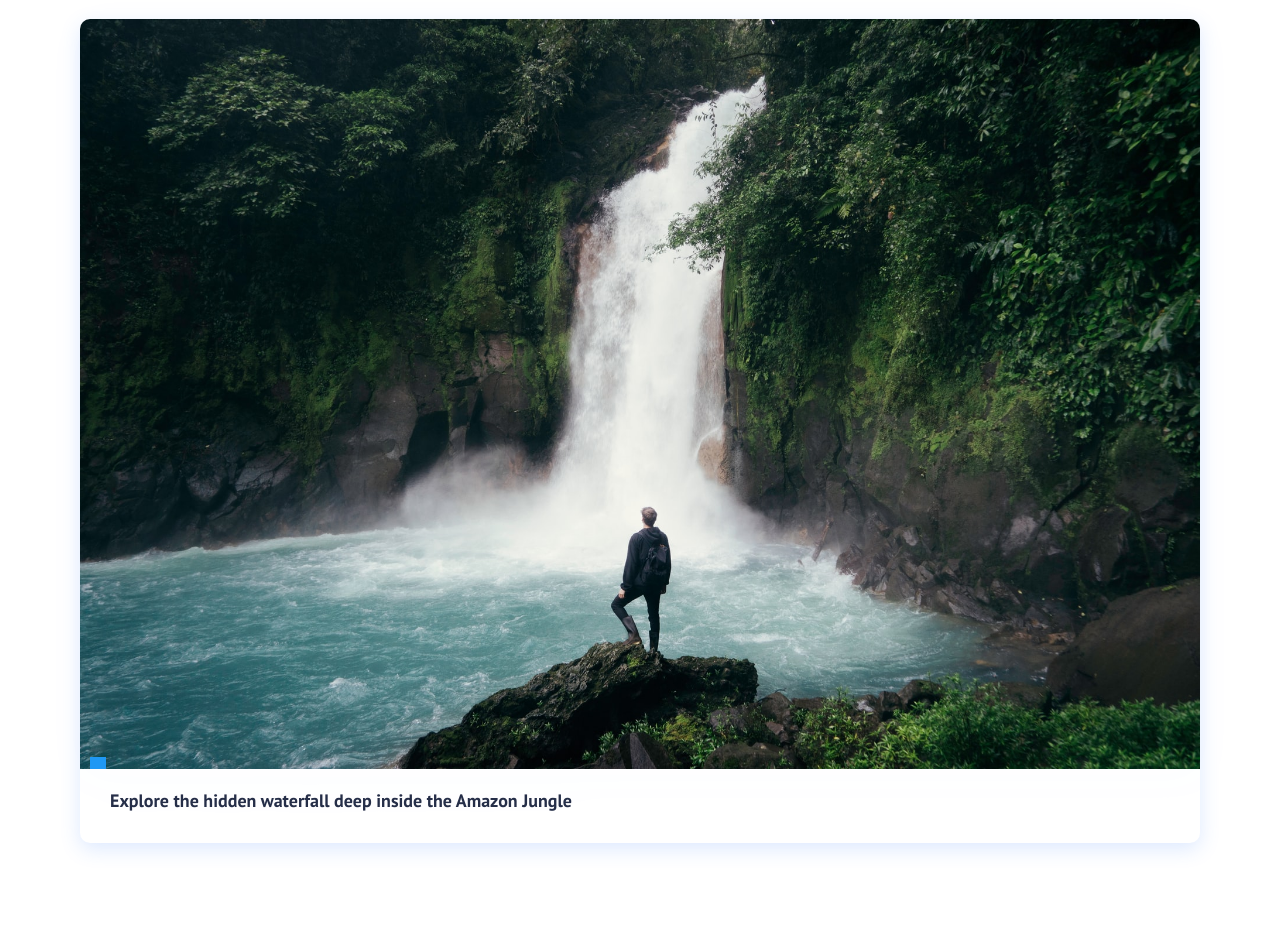
Repository: Yekta-Behzadi/site-with-react
Page: /
An editor plug-in stored every save of this project. The page is shown before and after the next save, followed by the edit.
The browser window is 1280 px wide. The pictures show the part of the page from y = 565 to 1517 px (the page is 1517 px tall).
Pictures or frames that could not be fetched are drawn as grey boxes. Some web libraries are served in a nearby version. The project was rebuilt for these pictures with package versions that can differ from the ones it lists, and the page was loaded fresh each time.

Above is the page before, as saved 2020-12-28 14:36:04.

### public/index.html
<!DOCTYPE html>
<html lang="en">
  <head>
    <meta charset="utf-8" />
    <link rel="icon" href="%PUBLIC_URL%/favicon.ico" />
    <meta name="viewport" content="width=device-width, initial-scale=1" />
    <meta name="theme-color" content="#000000" />
    <meta
      name="description"
      content="Web site created using create-react-app"
    />
    <link rel="apple-touch-icon" href="%PUBLIC_URL%/logo192.png" />
    <!--
      manifest.json provides metadata used when your web app is installed on a
      user's mobile device or desktop. See https://developers.google.com/web/fundamentals/web-app-manifest/
    -->
    <link rel="manifest" href="%PUBLIC_URL%/manifest.json" />
    <!--
      Notice the use of %PUBLIC_URL% in the tags above.
      It will be replaced with the URL of the `public` folder during the build.
      Only files inside the `public` folder can be referenced from the HTML.

      Unlike "/favicon.ico" or "favicon.ico", "%PUBLIC_URL%/favicon.ico" will
      work correctly both with client-side routing and a non-root public URL.
      Learn how to configure a non-root public URL by running `npm run build`.
    -->
    <script src="https://kit.fontawesome.com/5deef7d942.js" crossorigin="anonymous"></script>
    <link
    href="https://fonts.googleapis.com/css2?family=PT+Sans:wght@700&display=swap"
    rel="stylesheet"
  />
    <title>React App</title>
  </head>
  <body>
    <noscript>You need to enable JavaScript to run this app.</noscript>
    <div id="root"></div>
    <!--
      This HTML file is a template.
      If you open it directly in the browser, you will see an empty page.

      You can add webfonts, meta tags, or analytics to this file.
      The build step will place the bundled scripts into the <body> tag.

      To begin the development, run `npm start` or `yarn start`.
      To create a production bundle, use `npm run build` or `yarn build`.
    -->
  </body>
</html>

### src/App.js
import React from 'react'
import './App.css';
import Navbar from './components/navbar/Navbar';
import {BrowserRouter as Router, Switch, Route,Redirect} from 'react-router-dom'
import Home from './pages/Home'


function App() {
  return (
    <>
    <Router>
    <Navbar/>
      <Switch>
        <Route path='/' exact component={Home} />

      </Switch>
    </Router>
    </>
  );
}

export default App;

### src/App.css
* {
  box-sizing: border-box;
  margin: 0;
  padding: 0;
  font-family: 'PT Sans', sans-serif;
}

.home,
.services,
.products,
.sign-up {
  display: flex;
  height: 90vh;
  align-items: center;
  justify-content: center;
  font-size: 3rem;
}

.services {
  /* background-image: url('/images/img-2.jpg'); */
  background-position: center;
  background-size: cover;
  background-repeat: no-repeat;
  color: #fff;
  font-size: 100px;
}

.products {
  /* background-image: url('/images/img-1.jpg'); */
  background-position: center;
  background-size: fill;
  background-repeat: no-repeat;
  color: #fff;
  font-size: 100px;
}

.sign-up {
  /* background-image: url('/images/img-8.jpg'); */
  background-position: center;
  background-size: cover;
  background-repeat: no-repeat;
  color: #fff;
  font-size: 100px;
}

### src/components/navbar/Navbar.js
import React,{useState,useEffect} from 'react'
import { Link } from 'react-router-dom'
import { Button } from '../button/Button';
import './Navbar.css'

const Navbar = () => {
const [click, setClick] = useState(false);

const [button, setButton] = useState(true)
const handleClick = ()=> setClick(!click);

const closeMobileMenu = ()=> setClick(false)

const showButton = () =>{
  if (window.innerWidth <= 960) {
    setButton(false)
  }else{
    setButton(true)
  }
}

useEffect(() => {
  showButton()

}, []);

window.addEventListener('resize', showButton);
  return (
    <>
    <nav className="navbar">
      <div className="navbar-container">
        <Link to= '/' className='navbar-logo' onClick={closeMobileMenu} >
          <a>
           LOGO <i class="fab fa-typo3"></i>
            </a>
            </Link>
            <div className="menu-icon" onClick={handleClick} >
              <i className={click ? 'fas fa-times' : 'fas fa-bars'} />
            </div>

            <ul className={click ? 'nav-menu active' : 'nav-menu'} >
              <li className="nav-item">
                <Link to='/'className ='nav-links' onClick={closeMobileMenu} >
                  Home
                </Link>
              </li>
              <li className="nav-item">
                <Link to='/services'className ='nav-links' onClick={closeMobileMenu} >
                  Services
                </Link>
              </li>
              <li className="nav-item">
                <Link to='/products'className ='nav-links' onClick={closeMobileMenu} >
                  Products
                </Link>
              </li>
              <li className="nav-item">
                <Link to='/sign-up'className ='nav-links-mobile' onClick={closeMobileMenu} >
                  Sign Up
                </Link>
              </li>
            </ul>
            {button && <Button buttonStyle='btn--outline' >Sign UP</Button>}
      </div>
    </nav>
    </>
  )
}

export default Navbar

### src/pages/Home.js
import React from 'react'
import '../App.css'
import HeroSection from '../components/HeroSection/HeroSection'
import Cards from '../components/cards/Cards'

const Home = () =>{
  return(
    <>
    <HeroSection/>
    <Cards/>
    </>
  )
}



export default Home

### src/components/button/Button.js
import React from "react";
import "./button.css";
import { Link } from "react-router-dom";

const STYLES = ["btn--perimary", "btn--outline"];
const SIZES = ["btn--medium", "btn--large"];

export const Button = ({
  children,
  type,
  onClick,
  buttonStyle,
  buttonSize,
}) => {
  const checkButtonStyle = STYLES.includes(buttonStyle)
    ? buttonStyle
    : STYLES[0];
  const checkButtonSize = SIZES.includes(buttonSize)
   ? buttonSize
   : SIZES[0];

   return(
     <Link to='/sign-up' className='btn-mobile' >
       <button className={`btn ${checkButtonStyle} ${checkButtonSize}` }
       onClick={onClick}
       type={type} >
         {children}
       </button>
     </Link>
   )
};

### src/components/navbar/Navbar.css
.navbar {
  background: linear-gradient(90deg, rgb(28, 27, 27) 0%, rgb(26, 23, 23) 100%);
  height: 80px;
  display: flex;
  justify-content: center;
  align-items: center;
  font-size: 1.2rem;
  position: sticky;
  top: 0;
  z-index: 999;
}

.navbar-container {
  display: flex;
  justify-content: center;
  align-items: center;
  height: 80px;
  max-width: 1500px;
}

.navbar-logo {
  color: #fff;
  justify-self: start;
  margin-left: 20px;
  cursor: pointer;
  text-decoration: none;
  font-size: 2rem;
  display: flex;
  align-items: center;
}

.fa-typo3 {
  margin-left: 0.5rem;
  font-size: 1.8rem;
}

.nav-menu {
  display: grid;
  grid-template-columns: repeat(4, auto);
  grid-gap: 10px;
  list-style: none;
  text-align: center;
  width: 60vw;
  justify-content: end;
  margin-right: 2rem;
}

.nav-item {
  height: 80px;
}

.nav-links {
  color: #fff;
  display: flex;
  align-items: center;
  text-decoration: none;
  padding: 0.5rem 1rem;
  height: 100%;
}

.nav-links:hover {
  border-bottom: 4px solid #fff;
  transition: all 0.2s ease-out;
}

.fa-bars {
  color: #fff;
}

.nav-links-mobile {
  display: none;
}

.menu-icon {
  display: none;
}

@media screen and (max-width: 960px) {
  .NavbarItems {
    position: relative;
  }

  .nav-menu {
    display: flex;
    flex-direction: column;
    width: 100%;
    height: 90vh;
    position: absolute;
    top: 80px;
    left: -100%;
    opacity: 1;
    transition: all 0.5s ease;
  }

  .nav-menu.active {
    background: #242222;
    left: 0;
    opacity: 1;
    transition: all 0.5s ease;
    z-index: 1;
  }

  .nav-links {
    text-align: center;
    padding: 2rem;
    width: 100%;
    display: table;
  }

  .nav-links:hover {
    background-color: #fff;
    color: #242424;
    border-radius: 0;
  }

  .navbar-logo {
    position: absolute;
    top: 0;
    left: 0;
    transform: translate(25%, 50%);
  }

  .menu-icon {
    display: block;
    position: absolute;
    top: 0;
    right: 0;
    transform: translate(-100%, 60%);
    font-size: 1.8rem;
    cursor: pointer;
  }

  .fa-times {
    color: #fff;
    font-size: 2rem;
  }

  .nav-links-mobile {
    display: block;
    text-align: center;
    margin: 2rem auto;
    border-radius: 4px;
    width: 80%;
    text-decoration: none;
    font-size: 1.5rem;
    background-color: transparent;
    color: #fff;
    padding: 14px 20px;
    border: 1px solid #fff;
    transition: all 0.3s ease-out;
  }

  .nav-links-mobile:hover {
    background: #fff;
    color: #242424;
    transition: 250ms;
  }
}

### src/components/HeroSection/HeroSection.js
import React from 'react'
import { Button } from '../button/Button'
import './HeroSection.css'
import '../../App.css'
const HeroSection = () => {
  return (
    <div className='hero-container' >
      <video src="/videos/video-2.mp4" muted autoPlay loop/>
      <h1>Adventure Await</h1>
      <p>what are you waiting for?</p>

      <div className="hero-btns">
        <Button className = 'btns' buttonStyle = 'btn--outline' buttonSize = 'btn--large'>Get Started</Button>
        <Button className = 'btns' buttonStyle = 'btn--primary' buttonSize = 'btn--large'>Watch Trailer
        <i className='far fa-play-circle' /></Button>
      </div>

    </div>
  )
}

export default HeroSection

### src/components/cards/Cards.js
import React from 'react'
import CardItem from '../cardItem/CardItem'
import './Cards.css'
function Cards() {
  return (
    <div className='cards' >
      <h1> Check out these EPIC Destination!</h1>
      <div className="card__container">
        <div className="cards__wrapper">
          <ul className="cards__items">
            <CardItem
            src='images/img-9.jpg'
            text='Explore the hidden waterfall deep inside the Amazon Jungle'
            label='Adventure'
            path='/services' />
          </ul>
        </div>
      </div>
    </div>
  )
}

export default Cards

### src/components/button/button.css
:root {
  --primary: #fff;
}

.btn{
  padding: 8px 20px;
  border:none;
  outline: none;
  cursor: pointer;
  border-radius: 2px;
}

.btn--primary {
  background-color: var(--primary);
  color: #242424;
  border:1px solid var(--primary)
}

.btn--outline{
  background-color: transparent;
  color: #fff;
  padding: 8px 20px;
  border:1px solid var(--primary);
  transition: all 0.3s ease-out;
}

.btn--medium{
  padding: 8px 20px;
  font-size: 20px;
}

.btn--large{
  padding: 12px 26px;
  font-size: 20px;
}

.btn--medium:hover, .btn--large:hover{
  background-color: #fff;
  transition: all 0.3s ease-out;
  color: #242424;
}

### src/components/HeroSection/HeroSection.css
video{
object-fit: cover;
width: 100%;
height: 100%;
position: fixed;
z-index: -1;
}

.hero-container{
  /* background: url('images/img-home.jpg') center center/cover no-repeat; */
  height: 100 vh;
  width: 100%;
  display: flex;
  flex-direction: column;
  justify-content: center;
  align-items: center;
  box-shadow: inset 0 0 0 1000px rgba(0,0,0,0.2);
  object-fit: contain;
}

.hero-container >h1 {
  color: #fff;
  font-size: 100px;
  /* margin-top: -100px; */
}

.hero-container >p{
  color: #fff;
  margin-top: 8px;
  font-size: 32px;
  font-family: 'Trebuchet MS', 'Lucida Sans Unicode', 'Lucida Grande', 'Lucida Sans', Arial, sans-serif;
}

.hero-btns {
  margin-top: 32px;
}

.hero-btns .btn{
  margin: 10px;
}

.fa-play-circle{
  margin-left: 4px;
}

@media screen and (max-width: 960px){
  .hero-container >h1 {
    font-size: 70px;
    /* margin-top: -150px; */
  }
}

@media screen and (max-width: 760px){
  .hero-container >h1 {
    font-size: 50px;
    /* margin-top: -100px; */
  }
}

.hero-container > p {
  font-size: 30px;
}

.btn-mobile {
  display: block;
  text-decoration: none;
}

.btn{
  width: 100%;
}

### src/components/cardItem/CardItem.js
import React from 'react'
import {Link} from 'react-router-dom'

const CardItem = ({path,src,text,label}) => {
  return (
    <>
    <li className="cards__item">
      <Link className='cards__item__link' to={path} >
        <figure className="cards__item__pic-wrap" data-catergory={label} >
          <img src={src} alt="Travel Image" className="cards__item__img"/>
        </figure>
        <div className="cards__item__info">
          <h5 className="cards__item__text"> {text} </h5>
        </div>
      </Link>

    </li>
    </>
  )
}

export default CardItem

### src/components/cards/Cards.css
.cards {
  padding: 4rem;
  background: #fff;
}

h1 {
  text-align: center;
}

.cards__container {
  display: flex;
  flex-flow: column;
  align-items: center;
  max-width: 1120px;
  width: 90%;
  margin: 0 auto;
}

.cards__wrapper {
  position: relative;
  margin: 50px 0 45px;
}

.cards__items {
  margin-bottom: 24px;
}

.cards__item {
  display: flex;
  flex: 1;
  margin: 0 1rem;
  border-radius: 10px;
}

.cards__item__link {
  display: flex;
  flex-flow: column;
  width: 100%;
  box-shadow: 0 6px 20px rgba(56, 125, 255, 0.17);
  -webkit-filter: drop-shadow(0 6px 20px rgba(56, 125, 255, 0.017));
  filter: drop-shadow(0 6px 20px rgba(56, 125, 255, 0.017));
  border-radius: 10px;
  overflow: hidden;
  text-decoration: none;
}

.cards__item__pic-wrap {
  position: relative;
  width: 100%;
  padding-top: 67%;
  overflow: hidden;
}

.fade-img {
  animation-name: fade-img;
  animation-duration: 2s;
}

.cards__item__pic-wrap::after {
  content: attr(data-category);
  position: absolute;
  bottom: 0;
  margin-left: 10px;
  padding: 6px 8px;
  max-width: calc((100%) - 60px);
  font-size: 12px;
  font-weight: 700;
  color: #fff;
  background-color: #1f98f4;
  box-sizing: border-box;
}

.cards__item__img {
  position: absolute;
  top: 0;
  right: 0;
  bottom: 0;
  left: 0;
  display: block;
  width: 100%;
  max-width: 100%;
  height: 100%;
  max-height: 100%;
  object-fit: cover;
  transition: all 0.2s linear;
}

.cards__item__img:hover {
  transform: scale(1.1);
}

.cards__item__info {
  padding: 20px 30px 30px;
}

.cards__item__text {
  color: #252e48;
  font-size: 18px;
  line-height: 24px;
}

@media only screen and (min-width: 1200px) {
  .content__blog__container {
    width: 84%;
  }
}

@media only screen and (min-width: 1024px) {
  .cards__items {
    display: flex;
  }
}

@media only screen and (max-width: 1024px) {
  .cards__item {
    margin-bottom: 2rem;
  }
}

Loaded but not shown: src/index.js (common file)

After the next save:
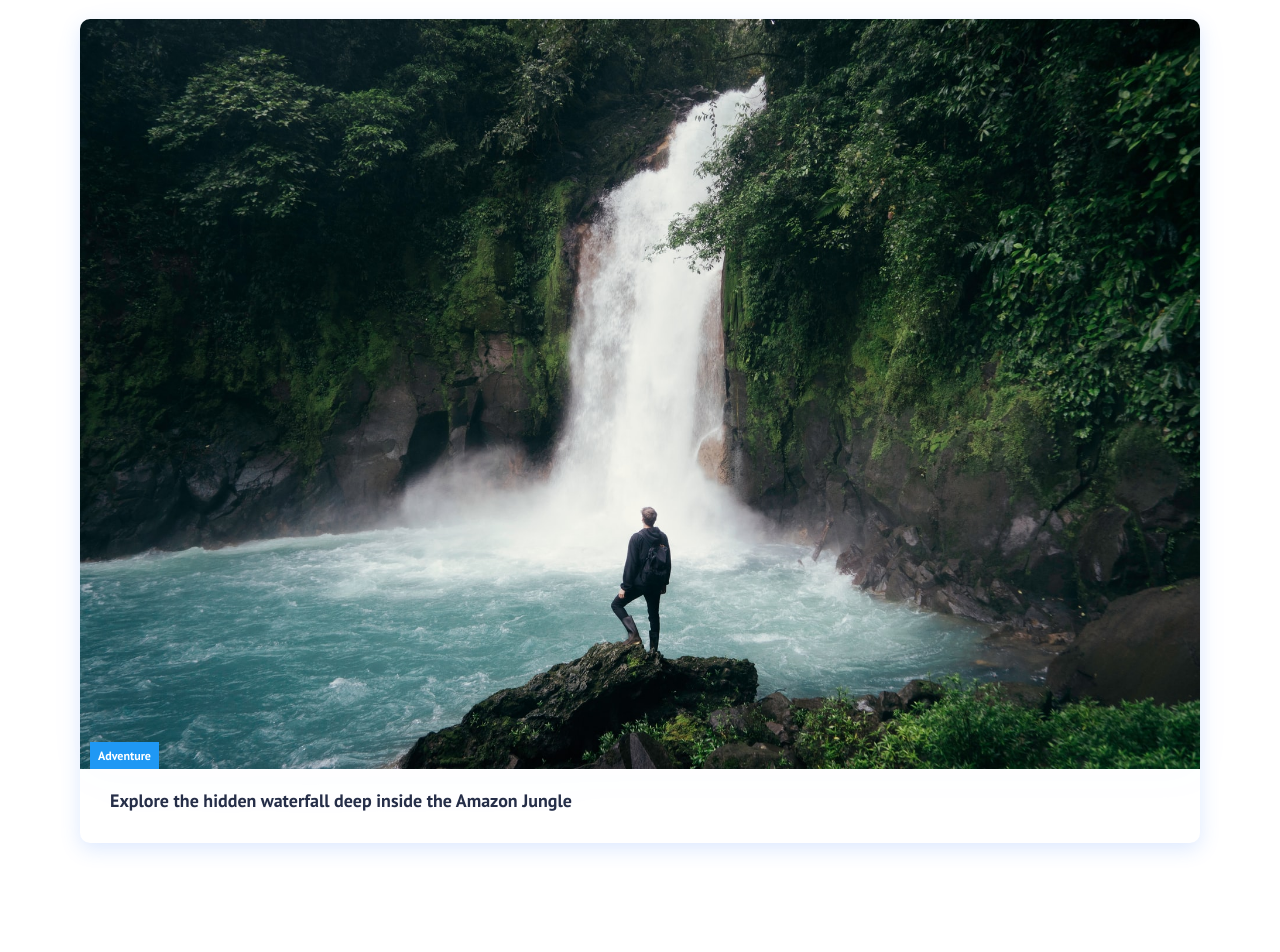
Saved 52 s later.
--- a/src/components/cardItem/CardItem.js
+++ b/src/components/cardItem/CardItem.js
@@ -6,7 +6,7 @@
     <>
     <li className="cards__item">
       <Link className='cards__item__link' to={path} >
-        <figure className="cards__item__pic-wrap" data-catergory={label} >
+        <figure className="cards__item__pic-wrap" data-category={label} >
           <img src={src} alt="Travel Image" className="cards__item__img"/>
         </figure>
         <div className="cards__item__info">

After the save that followed:
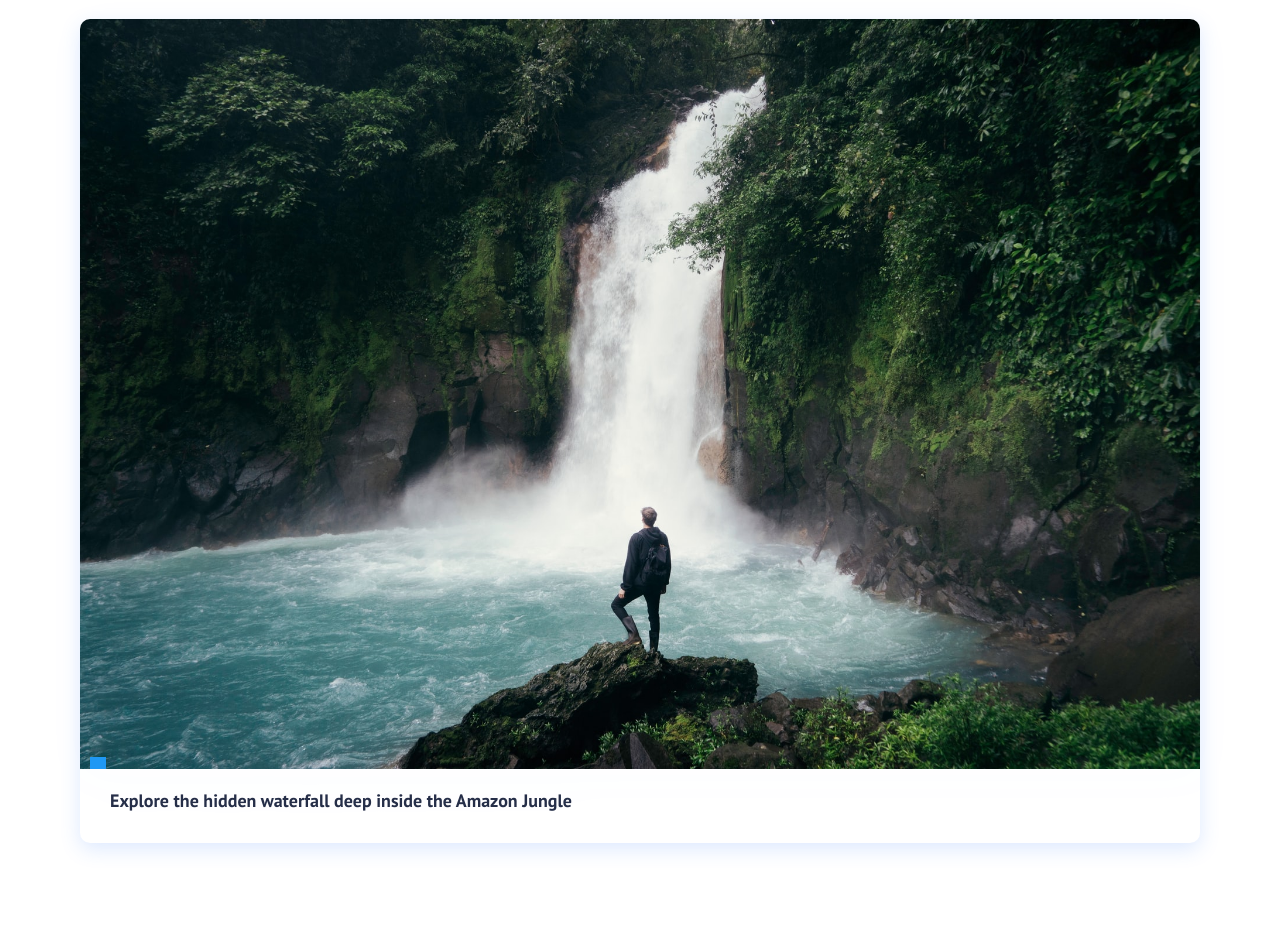
Saved 10 s later.
--- a/src/components/cardItem/CardItem.js
+++ b/src/components/cardItem/CardItem.js
@@ -6,7 +6,7 @@
     <>
     <li className="cards__item">
       <Link className='cards__item__link' to={path} >
-        <figure className="cards__item__pic-wrap" data-category={label} >
+        <figure className="cards__item__pic-wrap" data-catergory={label} >
           <img src={src} alt="Travel Image" className="cards__item__img"/>
         </figure>
         <div className="cards__item__info">
